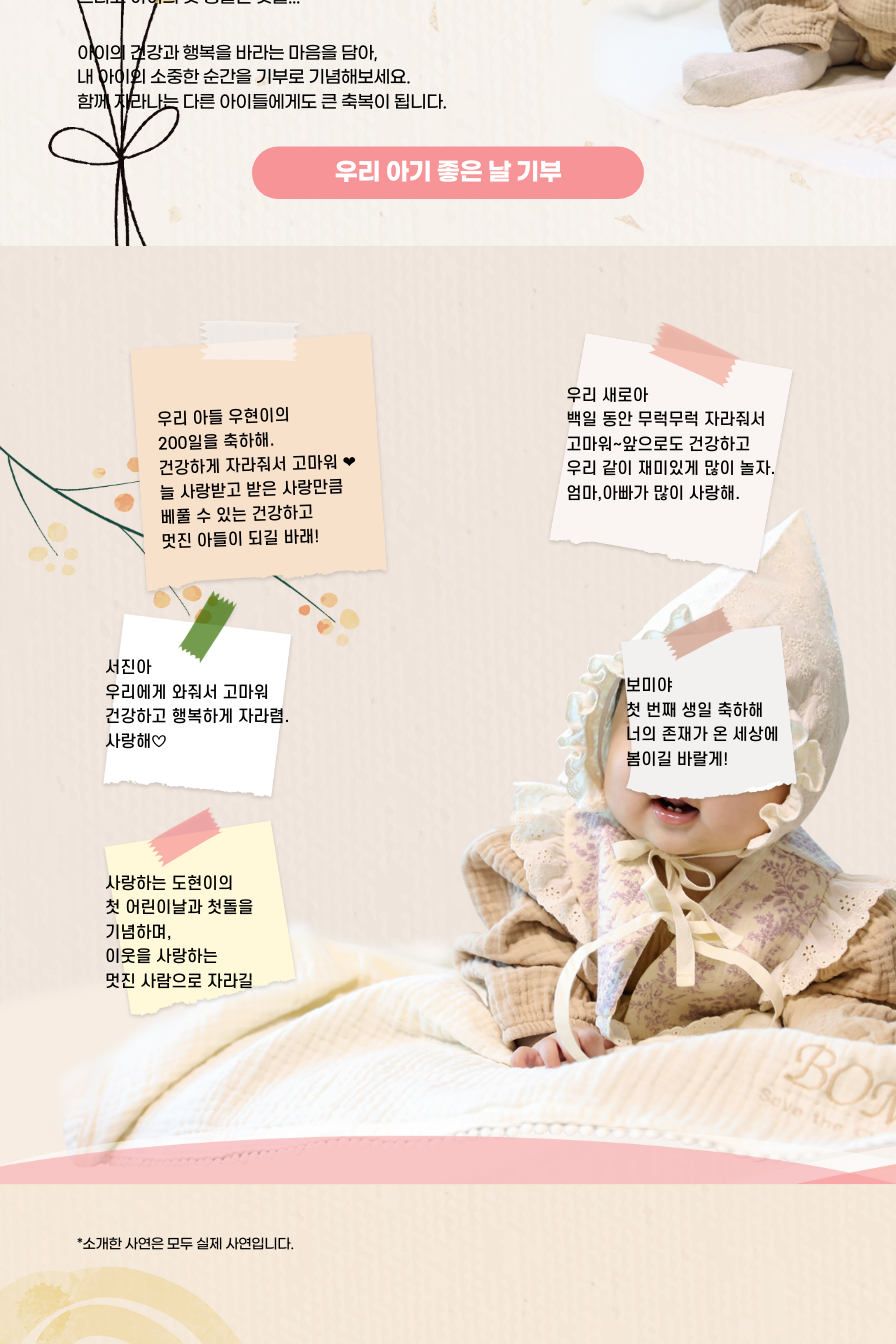
Repository: dlgywls1130/save_the_children
Page: index.html
These files come from the project's save history. The page is drawn as it stood at one moment and after the next save; the edit follows.
The browser window is 1280 px wide. The pictures show the part of the page from y = 729 to 2649 px (the page is 4840 px tall), at 70% of full size.

Above is the page before, as saved 2023-12-12 22:20:19.

After the next save:
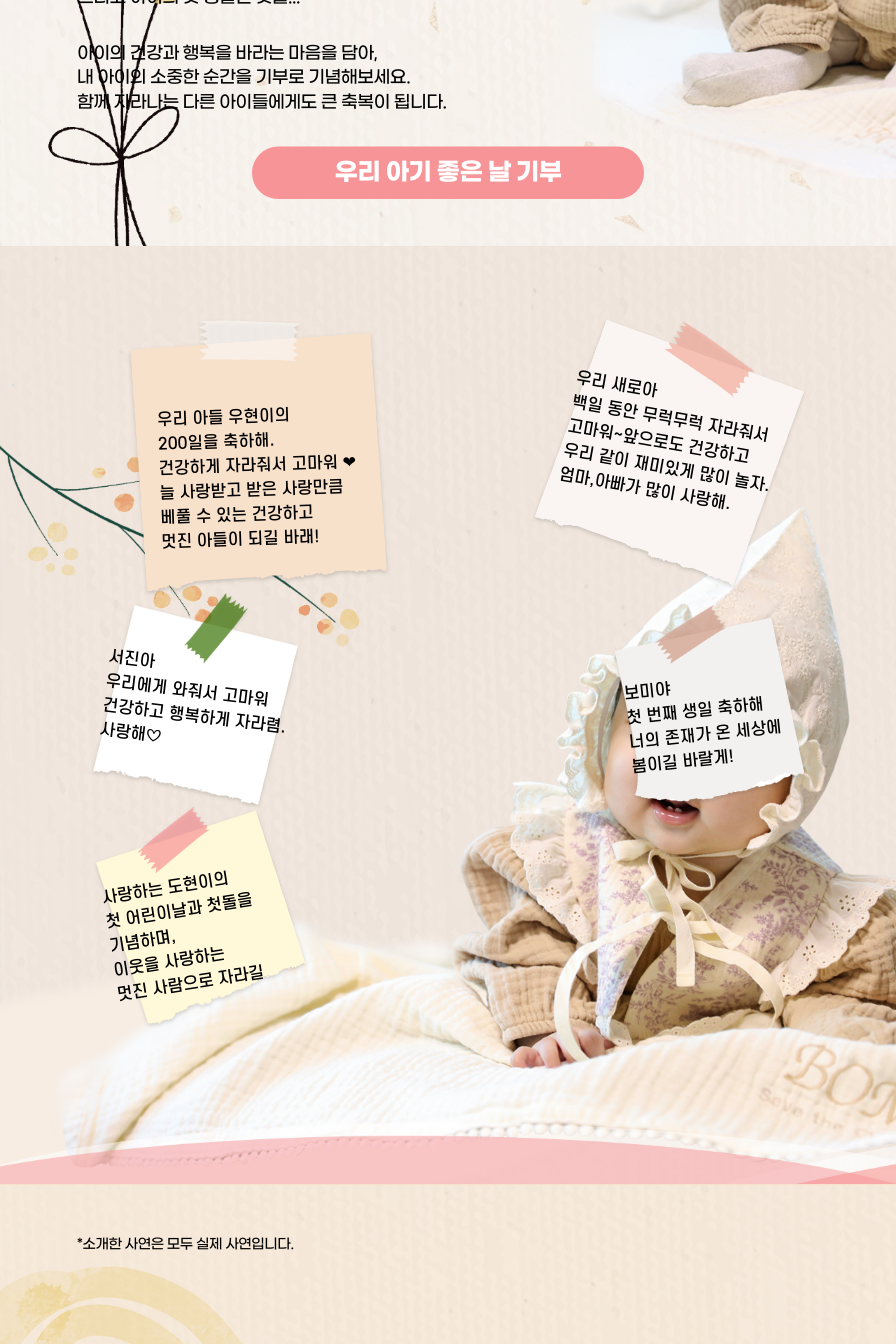
Saved 65 s later.
--- a/css/style.css
+++ b/css/style.css
@@ -254,6 +254,7 @@
     box-sizing: border-box;
     top: 0;
     right: 0;
+    transform: rotate(10deg);
 }
 
 .postit03{
@@ -265,6 +266,7 @@
     box-sizing: border-box;
     left: 0;
     top: 29%;
+    transform: rotate(7deg);
 }
 
 .postit04{
@@ -276,6 +278,7 @@
     box-sizing: border-box;
     top: 31%;
     right: 0;
+    transform: rotate(354deg);
 }
 
 .postit05{
@@ -287,6 +290,7 @@
     box-sizing: border-box;
     top: 52%;
     left: 0;
+    transform: rotate(-9deg);
 }
 /* section03 */
 
